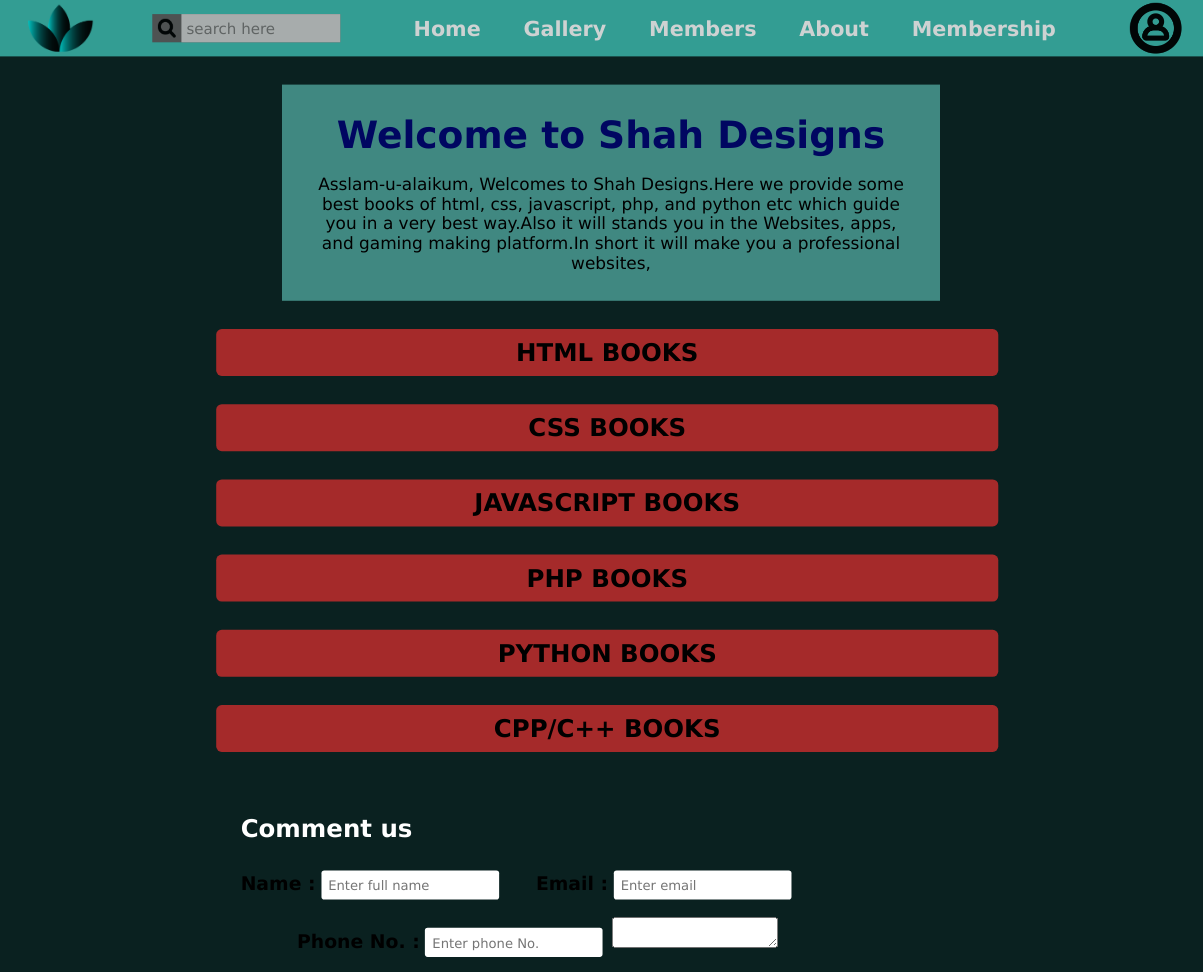
Repository: RawahaMR11/my_assignments
Page: rawaha computer/Shah Designs web/Shah home page.html
These files come from the project's save history. The page is drawn as it stood at one moment and after the next save; the edit follows.
The browser window is 1280 px wide. The pictures show the whole page, at 94% of full size.

Above is the page before, as saved 2024-12-13 09:04:13.

### rawaha computer/Shah Designs web/Shah home page.html
<!DOCTYPE html>
<html lang="en">
<head>
      <meta charset="UTF-8">
      <meta name="viewport" content="width=device-width, initial-scale=1.0">
      <title>Shah Designs</title>
      <link rel="stylesheet" href="Shah home page.css">
</head>
<body>
<div class="my-display">
      <header>
            <div class="logo">
                  <img src="logo.png" alt="Shah Designs logo">
            </div><!--end logo-->
            <div class="search">
                  <img src="search.png" alt="Search-icon">
                  <input type="text" placeholder="search here">
            </div><!--end search-->
            <div class="home">
                  <a href="Shah home page.html">Home</a>
            </div><!--end home-->
            <div class="gallery">
                  <a href="#">Gallery</a>
            </div><!--end gallery-->
            <div class="members">
                  <a href="#">Members</a>
            </div><!--end members -->
            <div class="about">
                  <a href="#">About</a>
            </div><!--end about-->
            <div class="membership">
                  <a href="#">Membership</a>
            </div>
            <div class="login">
                  <img src="sign in.png" alt="Login">
            </div><!--end login-->
      </header>


      <div class="wrapper">
            <div id="welcome">
                  <h1>Welcome to Shah Designs</h1><br>
                  <p>Asslam-u-alaikum, Welcomes to Shah Designs.Here we provide some best books of html, css, javascript, php, and python etc which guide you in a very best way.Also it will stands you in the Websites, apps, and gaming making platform.In short it will make you a professional websites, </p>
            </div><!--end welcome-->
      </div><!--end wrapper-->


      <div class="html-books">
            <p>HTML BOOKS</p>
      </div>
      <div class="css-books">
            <p>CSS BOOKS</p>
      </div>
      <div class="javascript-books">
            <p>JAVASCRIPT BOOKS</p>
      </div>
      <div class="php-books">
            <p>PHP BOOKS</p>
      </div>
      <div class="python-books">
            <p>PYTHON BOOKS</p>
      </div>
      <div class="Cpp-books">
            <p>CPP/C++ BOOKS</p>
      </div>



      <div class="datail">

      </div>



      <div class="comment">
            <h2>Comment us</h2>
            <label for="name">Name :</label><input type="text" placeholder="Enter full name">
            <label for="name" id="email-label">Email :</label><input type="email" placeholder="Enter email">
            <label for="name" id="phone-label">Phone No. :</label><input type="text" placeholder="Enter phone No.">
            <textarea name="comment" id="comment"></textarea>
      </div>
</div>
</body>
</html>

### rawaha computer/Shah Designs web/Shah home page.css
* {
      margin: 0;
      padding: 0;
}
body {
      display: block;
      font-size: 14px;
      background-color: rgb(10, 33, 32);
}
.my-display {
      width: 80%;
      margin: 0 auto;
      height: 100%;
      width: 100%;
}
/* css for opening my page on tablets (screens with width <=768px) */
@media screen and (max-width: 768px) {
      body {
            font-size: 16px;
      }
      .my-display {
            width: 100%;
      }
}
/* css for opening my page on laptops,pcs etc (screens with width <=1080px) */
@media screen and (max-width: 1080px) {
      body {
            font-size: 14px;
      }
      .my-display {
            width: 100%;
      }
}
/* css for opening my page on phones (screens with width <=480px) */
@media screen and (max-width: 480px) {
      body {
            font-size: 10px;
      }
      .my-display {
            width: 100%;
      }
}
header {
      width: 100%;
      height: 60px;
      display: flex;
      align-items: center;
      background-color: rgb(62, 188, 176);
      opacity: 80%;
      gap: 31.5px;
}
.logo {
      height: 83%;
      width: 70px;
      margin: 0 30px 0;
}
.logo img {
      height: 100%;
      width: 100%;
}
.search {
      width: 200px;
      height: 30px;
      background-color: rgb(95, 95, 95);
      display: flex;
      align-items: center;
      justify-content: space-evenly;
}
.search img {
      width: 10%;
      height: 65%;
      padding: 6px;
}
.search input {
      width: 90%;
      padding: 5.34px;
      border: none;
      outline: none;
      background-color: rgb(207, 207, 207);
      font-family: Verdana, Geneva, Tahoma, sans-serif;
      font-size: 16px;
}
.home {
      font-family: Verdana, Geneva, Tahoma, sans-serif;
      font-size: 22px;
      margin-left: 40px;
      padding: 7px;
}
.home:hover {
      background-color: rgb(161, 161, 161);
}
.home a {
      text-decoration: none;
      font-weight: 700;
      color: white;
}
.gallery {
      font-family: Verdana, Geneva, Tahoma, sans-serif;
      font-size: 22px;
      padding: 7px;
}
.gallery:hover {
      background-color: rgb(161, 161, 161);
}
.gallery a {
      text-decoration: none;
      font-weight: 700;
      color: white;
}
.members {
      font-family: Verdana, Geneva, Tahoma, sans-serif;
      font-size: 22px;
      padding: 7px;
}
.members:hover {
      background-color: rgb(161, 161, 161);
}
.members a {
      text-decoration: none;
      font-weight: 700;
      color: white;
}
.about {
      font-family: Verdana, Geneva, Tahoma, sans-serif;
      font-size: 22px;
      padding: 7px;
}
.about:hover {
      background-color: rgb(161, 161, 161);
}
.about a {
      text-decoration: none;
      font-weight: 700;
      color: white;
}
.membership {
      font-family: Verdana, Geneva, Tahoma, sans-serif;
      font-size: 22px;
      padding: 7px;
}
.membership:hover {
      background-color: rgb(161, 161, 161);
}
.membership a {
      text-decoration: none;
      font-weight: 700;
      color: white;
}
.login {
      height: 90%;
      width: 55px;
      float: right;
      margin-left: 40px;
}
.login img {
      height: 100%;
      width: 100%;
      cursor: pointer;
}
.wrapper {
      width: 50%;
      height: auto;
      display: flex;
      align-items: center;
      justify-content: center;
      margin-top: 30px;
      background-color: rgb(64, 136, 129);
      padding: 30px;
      margin-left: 300px;
}
#welcome {
      width: 100%;
      font-family: Verdana, Geneva, Tahoma, sans-serif;
      font-size: 16px;
}
#welcome h1 {
      text-align: center;
      color: rgb(0, 6, 97);
      font-size: 40px;
}
#welcome p {
      text-align: center;
      font-size: 18px;
      font-family: Verdana, Geneva, Tahoma, sans-serif;
}
.html-books {
      height: 50px;
      width: 65%;
      background-color: brown;
      margin: 30px 230px 0;
      border-radius: 6px;
      display: flex;
      align-items: center;
      justify-content: center;
      cursor: pointer;
}
.html-books p {
      font-family: Verdana, Geneva, Tahoma, sans-serif;
      font-size: 26px;
      font-weight: 700;
}
.css-books {
      height: 50px;
      width: 65%;
      background-color: brown;
      margin: 30px 230px 0;
      border-radius: 6px;
      display: flex;
      align-items: center;
      justify-content: center;
      cursor: pointer;
}
.css-books p {
      font-family: Verdana, Geneva, Tahoma, sans-serif;
      font-size: 26px;
      font-weight: 700;
}
.javascript-books {
      height: 50px;
      width: 65%;
      background-color: brown;
      margin: 30px 230px 0;
      border-radius: 6px;
      display: flex;
      align-items: center;
      justify-content: center;
      cursor: pointer;
}
.javascript-books p {
      font-family: Verdana, Geneva, Tahoma, sans-serif;
      font-size: 26px;
      font-weight: 700;
}
.php-books {
      height: 50px;
      width: 65%;
      background-color: brown;
      margin: 30px 230px 0;
      border-radius: 6px;
      display: flex;
      align-items: center;
      justify-content: center;
      cursor: pointer;
}
.php-books p {
      font-family: Verdana, Geneva, Tahoma, sans-serif;
      font-size: 26px;
      font-weight: 700;
}
.python-books {
      height: 50px;
      width: 65%;
      background-color: brown;
      margin: 30px 230px 0;
      border-radius: 6px;
      display: flex;
      align-items: center;
      justify-content: center;
      cursor: pointer;
}
.python-books p {
      font-family: Verdana, Geneva, Tahoma, sans-serif;
      font-size: 26px;
      font-weight: 700;
}
.Cpp-books {
      height: 50px;
      width: 65%;
      background-color: brown;
      margin: 30px 230px 0;
      border-radius: 6px;
      display: flex;
      align-items: center;
      justify-content: center;
      cursor: pointer;
}
.Cpp-books p {
      font-family: Verdana, Geneva, Tahoma, sans-serif;
      font-size: 26px;
      font-weight: 700;
}
.comment {
      width: 50%;
      margin: 50px 240px 0;
      padding: 16px;
}
.comment h2 {
      font-family: Verdana, Geneva, Tahoma, sans-serif;
      font-size: 26px;
      font-weight: 700;
      color: white;
}
.comment label {
      margin-top: 30px;
      font-family: Verdana, Geneva, Tahoma, sans-serif;
      font-size: 20px;
      font-weight: 700;
}
.comment input {
      margin: 30px 6px 0;
      font-family: Verdana, Geneva, Tahoma, sans-serif;
      font-size: 14px;
      padding: 7.5px;
      border: none;
      outline: none;
      border-radius: 3px;
}
#email-label {
      margin-left: 30px;
}
#phone-label {
      margin-left: 60px;
}

After the next save:
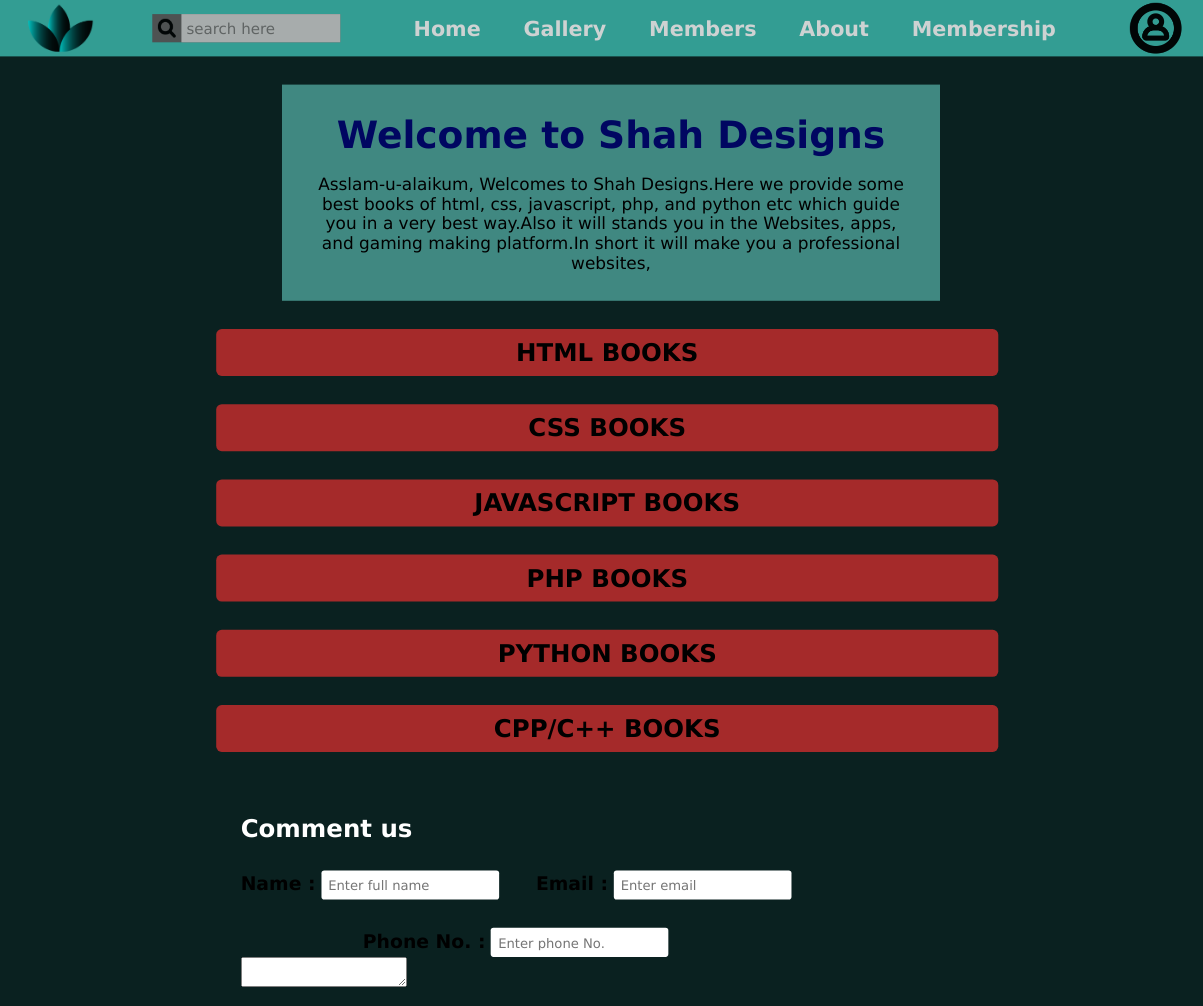
Saved 7 s later.
--- a/rawaha computer/Shah Designs web/Shah home page.css
+++ b/rawaha computer/Shah Designs web/Shah home page.css
@@ -309,5 +309,5 @@ header {
       margin-left: 30px;
 }
 #phone-label {
-      margin-left: 60px;
-}
+      margin-left: 130px;
+}
